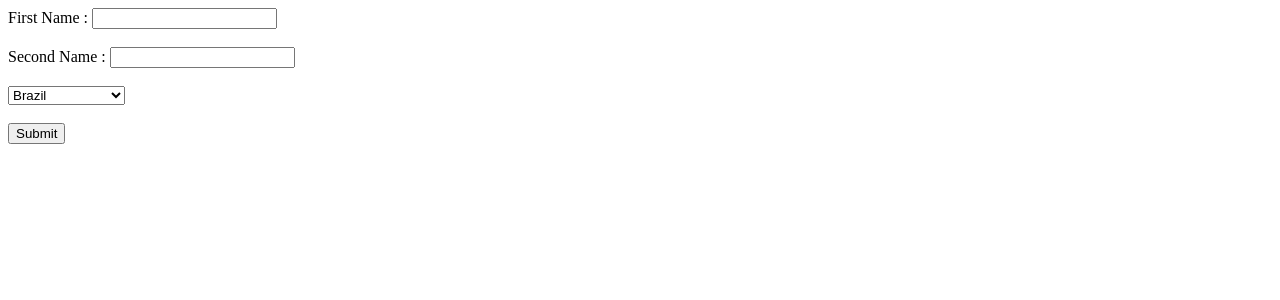
Repository: Gaurav047/JavaServerPagesWeb
Page: jspWebDemo/WebContent/student-radio-response.html
An editor plug-in stored every save of this project. The page is shown before and after the next save, followed by the edit.
The browser window is 1280 px wide. The pictures show the whole page.

Above is the page before, as saved 2020-05-29 18:48:35.

After the next save:
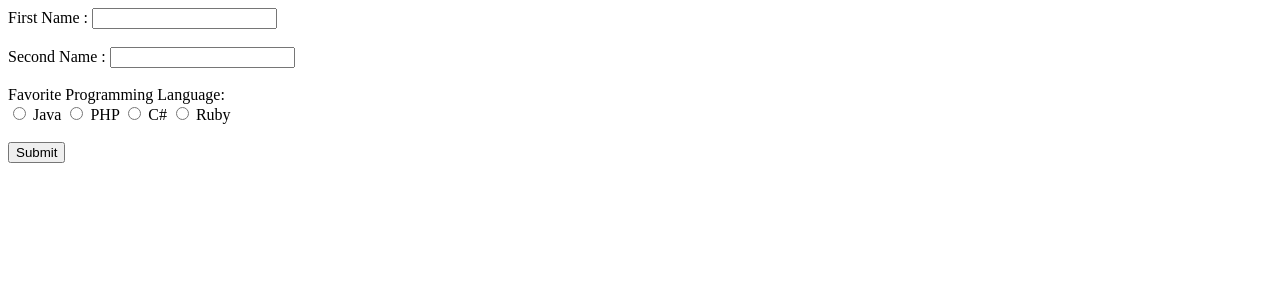
Saved 2 min 2 s later.
--- a/jspWebDemo/WebContent/student-radio-response.html
+++ b/jspWebDemo/WebContent/student-radio-response.html
@@ -12,18 +12,16 @@
 
 	<br/><br/>
 
-	<select name="Country">
-		<option>Brazil</option>
-		<option>France</option>
-		<option>Germany</option>
-		<option>India</option>
-		<option>Turkey</option>
-		<option>United Kingdom</option>
-		<option>USA</option>
-		<option>Sweden</option>
+	Favorite Programming Language:<br/>
 
+	<input type="radio" name="favoriteLanguage" value="Java"> Java
 
-	</select>
+	<input type="radio" name="favoriteLanguage" value="Java"> PHP
+
+	<input type="radio" name="favoriteLanguage" value="Java"> C#
+
+	<input type="radio" name="favoriteLanguage" value="Java"> Ruby
+
 
 	<br/><br/>
 
